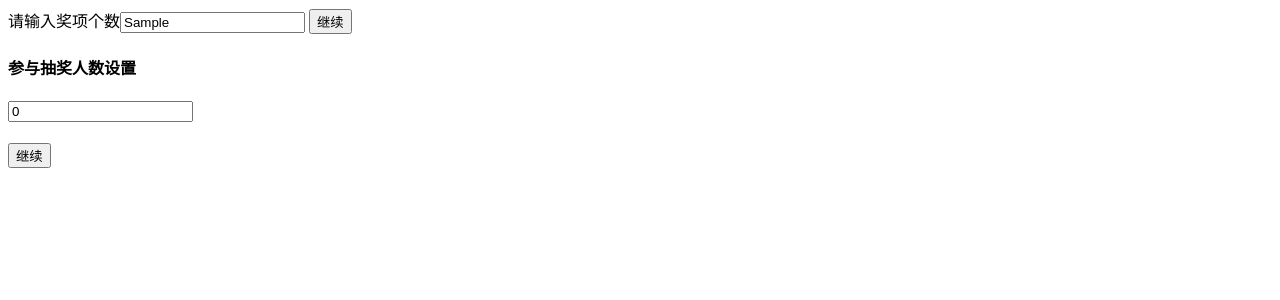
Repository: shadowofgost/Lab
Page: APPS/Lab1/Templates/index.html
An editor plug-in stored every save of this project. The page is shown before and after the next save, followed by the edit.
The browser window is 1280 px wide. The pictures show the whole page.
Empty fields were first filled with sample values (such as "Sample", 5 or name@example.com).
After loading, the first visible `button` was clicked once.

Above is the page before, as saved 2021-09-23 16:19:41.

### APPS/Lab1/Templates/index.html
<html>
	<head>
		<meta charset="utf-8" />
		<title>设置抽奖信息</title>
	</head>
	<body>
		<form method="post" action="https://localhost:8080/">
			请输入奖项个数<input
				type="text"
				name="prize_number"
				id="prize_number"
			/>
			<button type="button" name="continue" onclick="set_prize()">
				继续
			</button>
			<div id="prize_settings"></div>
			<div id="participant_settings"></div>
		</form>
		<script type="text/javascript">
			function set_prize() {
				var prize_number = parseInt(
					document.getElementById("prize_number").value
				);
				console.log(prize_number);
				for (var i = 1; i <= prize_number; i++) {
					var mytype,
						TemO = document.getElementById("prize_settings");
					var title = document.createElement("h4");
					title.innerHTML = i + "等奖项数量设置";
					TemO.appendChild(title);
					var newInput = document.createElement("input");
					newInput.setAttribute("type", "text");
					newInput.setAttribute("name", "prize_" + i);
					newInput.setAttribute("id", "prize_" + i);
					newInput.setAttribute("value", "0");
					newInput.setAttribute("onchange","validate_prize_number("+i+")");
					TemO.appendChild(newInput);
					var newline = document.createElement("br");
					TemO.appendChild(newline);
					var error= document.createElement("h4");
					error.setAttribute("id", "prize_error_"+i);
					TemO.appendChild(error);
				}
				var mytype,
					TemO = document.getElementById("prize_settings");
				var title = document.createElement("h4");
					title.innerHTML = "参与抽奖人数设置";
					TemO.appendChild(title);
				var participant_numbers = document.createElement("input");
				participant_numbers.setAttribute("type", "text");
				participant_numbers.setAttribute("name", "participant_numbers");
				participant_numbers.setAttribute("id", "participant_numbers");
				participant_numbers.setAttribute("value", "0");
				participant_numbers.setAttribute("onchange","validate_participant_numbers()");
				TemO.appendChild(participant_numbers);
				var participant_numbers_error= document.createElement("h4");
				participant_numbers_error.setAttribute("id", "participant_numbers_error");
				TemO.appendChild(participant_numbers_error);
				var button = document.createElement("button");
				button.setAttribute("type", "button");
				button.setAttribute("name", "continue");
				button.setAttribute("onclick", "set_participant()");
				button.innerHTML = "继续";
				TemO.appendChild(button);
			}
			function validate_prize_number(i) {
				var prize_number = parseInt(document.getElementById("prize_"+i).value);
				if (prize_number === 0) {
					var prize_error = document.getElementById("prize_error_"+i);
					prize_error.innerHTML = "奖项数量不为0";
					return false;
				}
				if (Object.is(prize_number, NaN)) {
					var prize_error = document.getElementById("prize_error_"+i);
					prize_error.innerHTML = "请输入正确字符";
					return false;
				}
				return true;
			}
			function validate_participant_numbers() {
				var participant_numbers = parseInt(document.getElementById("participant_numbers").value);
				if (participant_numbers === 0) {
					var participant_numbers = document.getElementById("participant_numbers_error");
					participant_numbers.innerHTML = "总人数不为0";
					return false;
				}
				if (Object.is(participant_numbers, NaN)) {
					var participant_numbers = document.getElementById("participant_numbers_error");
					participant_numbers.innerHTML = "请输入正确字符";
					return false;
				}
				return true;
			}
			function set_participant() {
				var prize_number = parseInt(
					document.getElementById("prize_number").value
				);
				var total_prize_number = 0;
				var participant_numbers = parseInt(document.getElementById("participant_numbers").value);
				for (var i = 1; i <= prize_number; i++) {
					if (!(validate_prize_number(i))){
						alert("奖项数量设置有误请重新设置");
					}
					else {
						total_prize_number += parseInt(document.getElementById("prize_"+i).value);
					}
				}
				if(!(validate_participant_numbers())){
					alert("抽奖人员总数有误请重新上设置");
				}
				var mytype,v
					TemO = document.getElementById("participant_settings");
				var newInput = document.createElement("input");
				newInput.setAttribute("type", "text");
				newInput.setAttribute("name", "参与抽奖人员姓名" + i);
				newInput.setAttribute("id", "participant");
				TemO.appendChild(newInput);
				var newline = document.createElement("br");
				TemO.appendChild(newline);
				var button = document.createElement("button");
				button.setAttribute("type", "button");
				button.setAttribute("name", "");
				button.setAttribute("onclick", "continue_participant_func()");
				button.setAttribute("id", "continue_participant");
				button.innerHTML = "输入参与抽奖人员名字，一次输入一个";
				TemO.appendChild(button);
				var newline = document.createElement("br");
				TemO.appendChild(newline);
				var title = document.createElement("h4");
				title.setAttribute("id", "participant_title");
				TemO.appendChild(title);
				TemO.appendChild(newInput);
				var newline = document.createElement("br");
			}
			function continue_participant_func() {
				var participant_numbers = parseInt(document.getElementById("participant_numbers").value);
				var participant_string = document.getElementById("continue_participant").name;
				var tmp = document.getElementById("participant").value;
				if (participant_string==="") {
					participant_string = "1"+";"+tmp;
					document.getElementById("participant_title").innerHTML = "参与抽奖人员名字：" + tmp + "已经输入，请继续输入抽奖人员姓名";
					document.getElementById("participant").value = ""
					document.getElementById("continue_participant").name = participant_string;
				}
				else{
					var participant_string_array = participant_string.split(";");
					participant_string_array.push(tmp);
					document.getElementById("participant").value = ""
					participant_string_array[0] = String(parseInt(participant_string_array[0]) + 1);
					document.getElementById("participant").value = ""
					document.getElementById("continue_participant").name = participant_string_array.join(";");
					if (parseInt(participant_string_array[0]) === participant_numbers) {
					document.getElementById("participant_title").innerHTML = "参与抽奖人员名字：" + tmp + "已经输入，请提交抽奖设置";
					var mytype,
					TemO = document.getElementById("participant_settings");
					var button = document.createElement("button");
					button.setAttribute("type", "submit");
					button.setAttribute("name", "submit");
					button.setAttribute("onclick", "submit_data()");
					button.innerHTML = "提交抽奖设置";
					TemO.appendChild(button);
					}
					else{
						document.getElementById("participant_title").innerHTML = "参与抽奖人员名字：" + tmp + "已经输入，请继续输入抽奖人员姓名";
					}
				}
			}
			function submit_data() {
				var participant_string = document.getElementById("continue_participant").name;
				document.getElementById("participant").value = participant_string;
			}
		</script>
	</body>
</html>

After the next save:
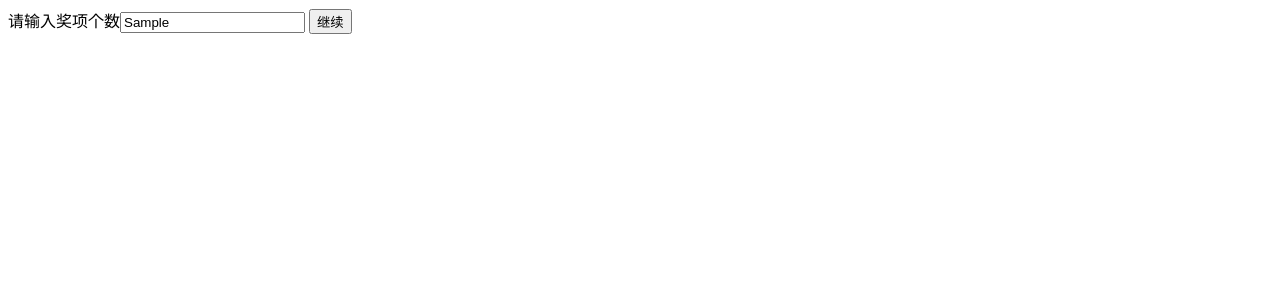
Console error: ReferenceError: validate_prize_random is not defined
Saved 14 min 10 s later.
--- a/APPS/Lab1/Templates/index.html
+++ b/APPS/Lab1/Templates/index.html
@@ -1,3 +1,11 @@
+<!--
+ * @Author: your name
+ * @Date: 2021-09-23 16:23:50
+ * @LastEditTime: 2021-09-23 16:33:28
+ * @LastEditors: Please set LastEditors
+ * @Description: In User Settings Edit
+ * @FilePath: \Lab\APPS\Lab1\Templates\index.html
+-->
 <html>
 	<head>
 		<meta charset="utf-8" />
@@ -40,26 +48,28 @@
 					var error= document.createElement("h4");
 					error.setAttribute("id", "prize_error_"+i);
 					TemO.appendChild(error);
+					var title = document.createElement("h4");
+					title.innerHTML = i + "等奖获奖概率设置";
+					TemO.appendChild(title);
+					var newInput = document.createElement("input");
+					newInput.setAttribute("type", "text");
+					newInput.setAttribute("name", "prize_random_" + i);
+					newInput.setAttribute("id", "prize_random_" + i);
+					newInput.setAttribute("value", "0");
+					newInput.setAttribute("onchange","validate_prize_random("+i+")");
+					TemO.appendChild(newInput);
+					var newline = document.createElement("br");
+					TemO.appendChild(newline);
+					var error= document.createElement("h4");
+					error.setAttribute("id", "prize_error_"+i);
+					TemO.appendChild(error);
 				}
-				var mytype,
-					TemO = document.getElementById("prize_settings");
-				var title = document.createElement("h4");
-					title.innerHTML = "参与抽奖人数设置";
-					TemO.appendChild(title);
-				var participant_numbers = document.createElement("input");
-				participant_numbers.setAttribute("type", "text");
-				participant_numbers.setAttribute("name", "participant_numbers");
-				participant_numbers.setAttribute("id", "participant_numbers");
-				participant_numbers.setAttribute("value", "0");
-				participant_numbers.setAttribute("onchange","validate_participant_numbers()");
-				TemO.appendChild(participant_numbers);
 				var participant_numbers_error= document.createElement("h4");
 				participant_numbers_error.setAttribute("id", "participant_numbers_error");
 				TemO.appendChild(participant_numbers_error);
 				var button = document.createElement("button");
-				button.setAttribute("type", "button");
-				button.setAttribute("name", "continue");
-				button.setAttribute("onclick", "set_participant()");
+				button.setAttribute("type", "submit");
+				button.setAttribute("name", "submit");
 				button.innerHTML = "继续";
 				TemO.appendChild(button);
 			}
@@ -77,98 +87,7 @@
 				}
 				return true;
 			}
-			function validate_participant_numbers() {
-				var participant_numbers = parseInt(document.getElementById("participant_numbers").value);
-				if (participant_numbers === 0) {
-					var participant_numbers = document.getElementById("participant_numbers_error");
-					participant_numbers.innerHTML = "总人数不为0";
-					return false;
-				}
-				if (Object.is(participant_numbers, NaN)) {
-					var participant_numbers = document.getElementById("participant_numbers_error");
-					participant_numbers.innerHTML = "请输入正确字符";
-					return false;
-				}
-				return true;
-			}
-			function set_participant() {
-				var prize_number = parseInt(
-					document.getElementById("prize_number").value
-				);
-				var total_prize_number = 0;
-				var participant_numbers = parseInt(document.getElementById("participant_numbers").value);
-				for (var i = 1; i <= prize_number; i++) {
-					if (!(validate_prize_number(i))){
-						alert("奖项数量设置有误请重新设置");
-					}
-					else {
-						total_prize_number += parseInt(document.getElementById("prize_"+i).value);
-					}
-				}
-				if(!(validate_participant_numbers())){
-					alert("抽奖人员总数有误请重新上设置");
-				}
-				var mytype,v
-					TemO = document.getElementById("participant_settings");
-				var newInput = document.createElement("input");
-				newInput.setAttribute("type", "text");
-				newInput.setAttribute("name", "参与抽奖人员姓名" + i);
-				newInput.setAttribute("id", "participant");
-				TemO.appendChild(newInput);
-				var newline = document.createElement("br");
-				TemO.appendChild(newline);
-				var button = document.createElement("button");
-				button.setAttribute("type", "button");
-				button.setAttribute("name", "");
-				button.setAttribute("onclick", "continue_participant_func()");
-				button.setAttribute("id", "continue_participant");
-				button.innerHTML = "输入参与抽奖人员名字，一次输入一个";
-				TemO.appendChild(button);
-				var newline = document.createElement("br");
-				TemO.appendChild(newline);
-				var title = document.createElement("h4");
-				title.setAttribute("id", "participant_title");
-				TemO.appendChild(title);
-				TemO.appendChild(newInput);
-				var newline = document.createElement("br");
-			}
-			function continue_participant_func() {
-				var participant_numbers = parseInt(document.getElementById("participant_numbers").value);
-				var participant_string = document.getElementById("continue_participant").name;
-				var tmp = document.getElementById("participant").value;
-				if (participant_string==="") {
-					participant_string = "1"+";"+tmp;
-					document.getElementById("participant_title").innerHTML = "参与抽奖人员名字：" + tmp + "已经输入，请继续输入抽奖人员姓名";
-					document.getElementById("participant").value = ""
-					document.getElementById("continue_participant").name = participant_string;
-				}
-				else{
-					var participant_string_array = participant_string.split(";");
-					participant_string_array.push(tmp);
-					document.getElementById("participant").value = ""
-					participant_string_array[0] = String(parseInt(participant_string_array[0]) + 1);
-					document.getElementById("participant").value = ""
-					document.getElementById("continue_participant").name = participant_string_array.join(";");
-					if (parseInt(participant_string_array[0]) === participant_numbers) {
-					document.getElementById("participant_title").innerHTML = "参与抽奖人员名字：" + tmp + "已经输入，请提交抽奖设置";
-					var mytype,
-					TemO = document.getElementById("participant_settings");
-					var button = document.createElement("button");
-					button.setAttribute("type", "submit");
-					button.setAttribute("name", "submit");
-					button.setAttribute("onclick", "submit_data()");
-					button.innerHTML = "提交抽奖设置";
-					TemO.appendChild(button);
-					}
-					else{
-						document.getElementById("participant_title").innerHTML = "参与抽奖人员名字：" + tmp + "已经输入，请继续输入抽奖人员姓名";
-					}
-				}
-			}
-			function submit_data() {
-				var participant_string = document.getElementById("continue_participant").name;
-				document.getElementById("participant").value = participant_string;
-			}
+            validate_prize_random
 		</script>
 	</body>
 </html>
